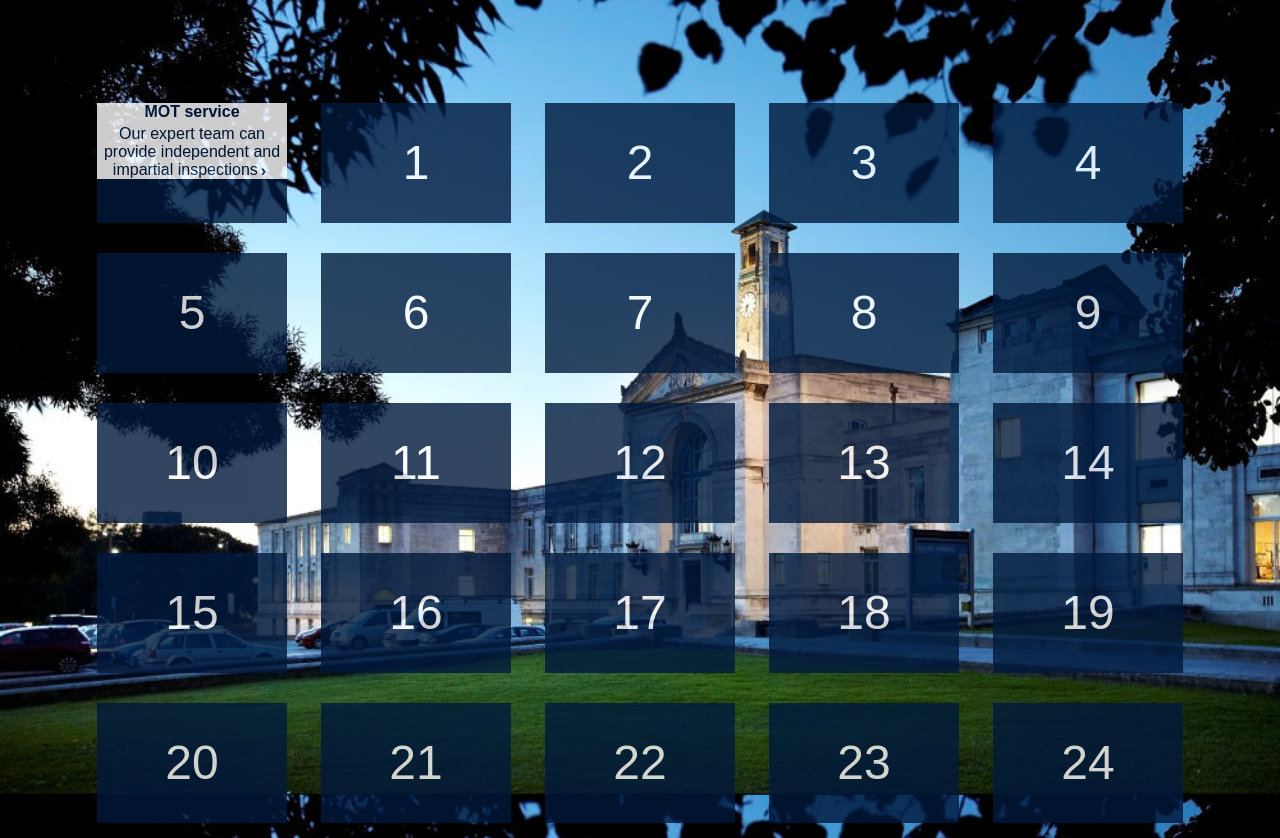
Repository: Domehead123/advent
Page: index.html
The author's editor kept a record of every edit. The page is drawn from the files as they stood at one moment, then again after the next edit.
The browser window is 1280 px wide. The pictures show the whole page.

Above is the page before.

After the next edit:
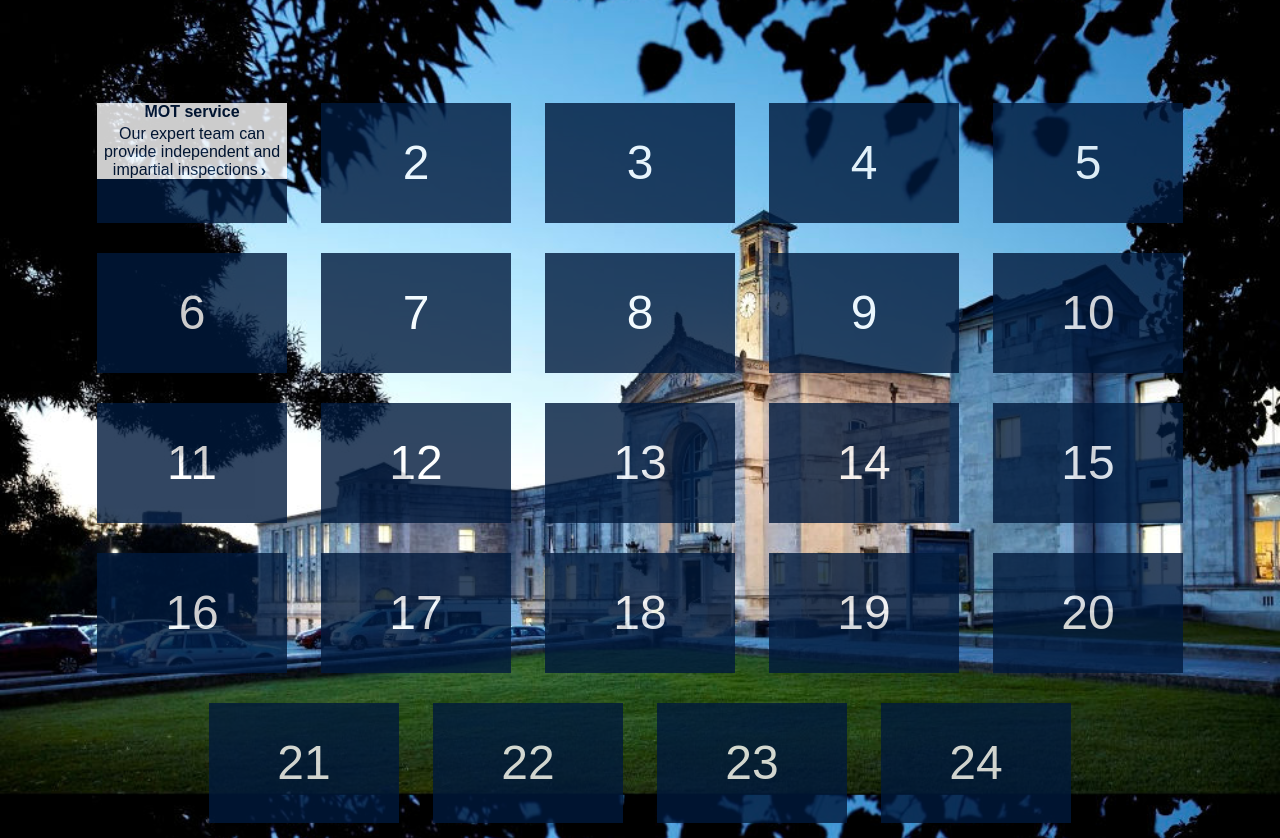
The edit:
--- a/index.html
+++ b/index.html
@@ -16,7 +16,7 @@
 
         </div>
 
-        <div class="window"><div class="window-closed">1</div></div>
+
         <div class="window"><div class="window-closed">2</div></div>
         <div class="window"><div class="window-closed">3</div></div>
         <div class="window"><div class="window-closed">4</div></div>
